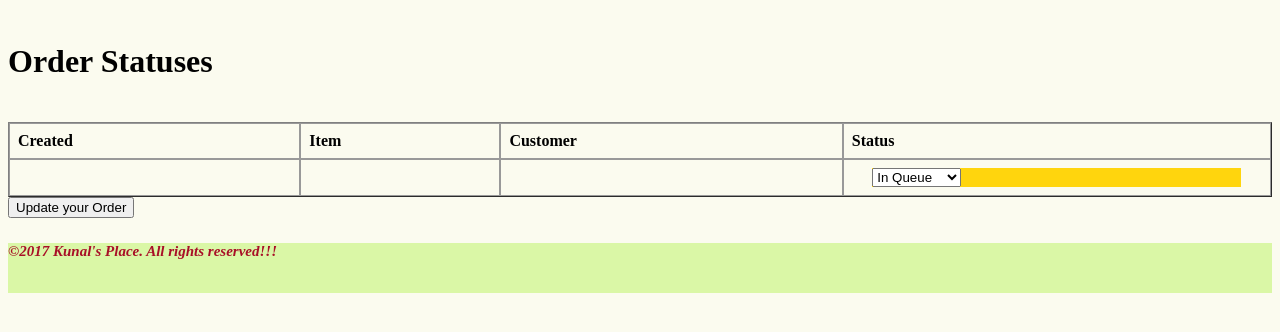
Repository: csula-students/cs-3220-summer-2017-kjuneja
Page: http://localhost/lab4/AdminOrder-Statuses.jsp
These files come from the project's save history. The page is drawn as it stood at one moment and after the next save; the edit follows.
The browser window is 1280 px wide. The pictures show the whole page.
The page is served by Tomcat 9.

Above is the page before, as saved 2017-07-15 21:05:13.

After the next save:
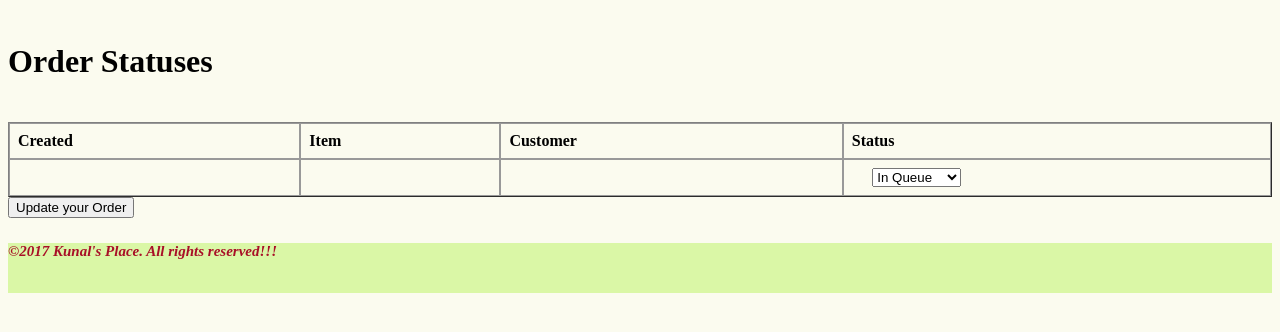
Saved 2 min 10 s later.
--- a/lab4/lab4/WebContent/app.css
+++ b/lab4/lab4/WebContent/app.css
@@ -126,7 +126,7 @@ margin-left: auto;
 
 margin-right: auto;
 
-background-color: #FFD50D;
+
 
 }
 
